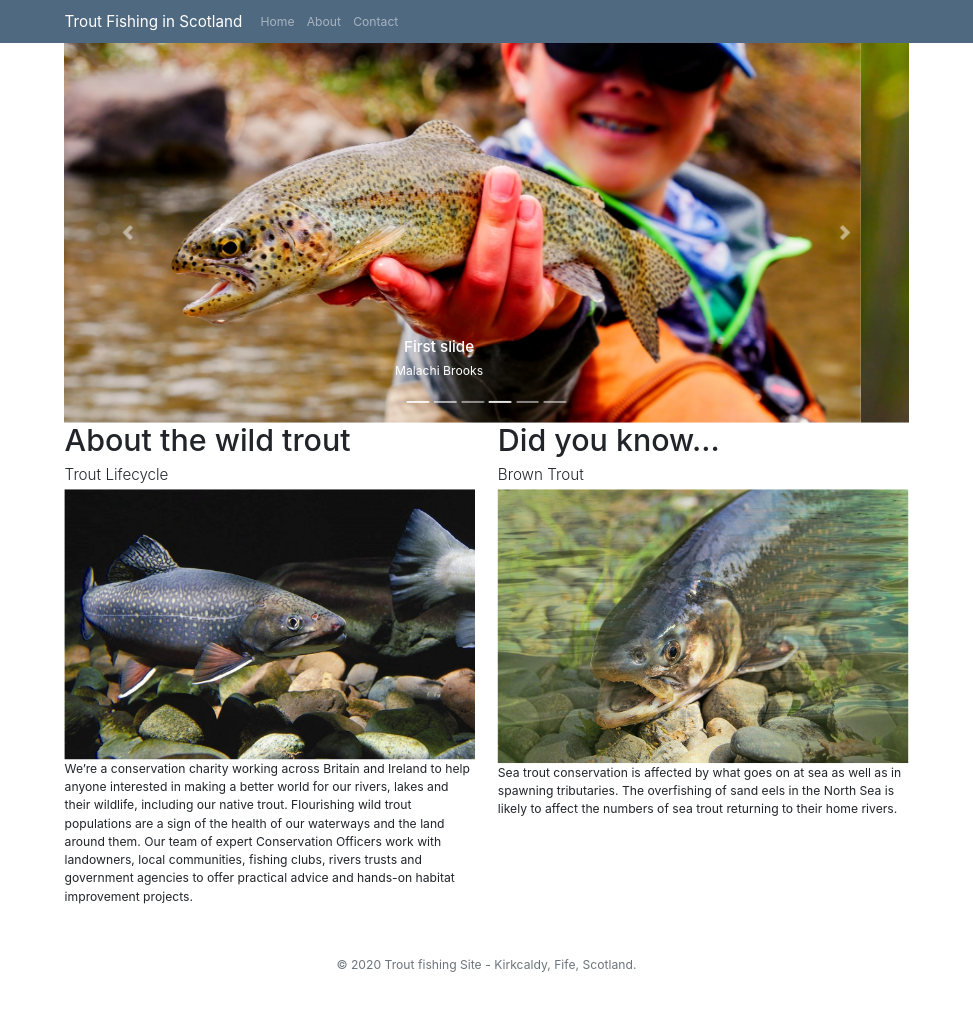
Repository: adrian9211/College_project
Page: about.html
An editor plug-in stored every save of this project. The page is shown before and after the next save, followed by the edit.
The browser window is 1280 px wide. The pictures show the whole page, at 76% of full size.

Above is the page before, as saved 2020-11-04 10:21:30.

After the next save:
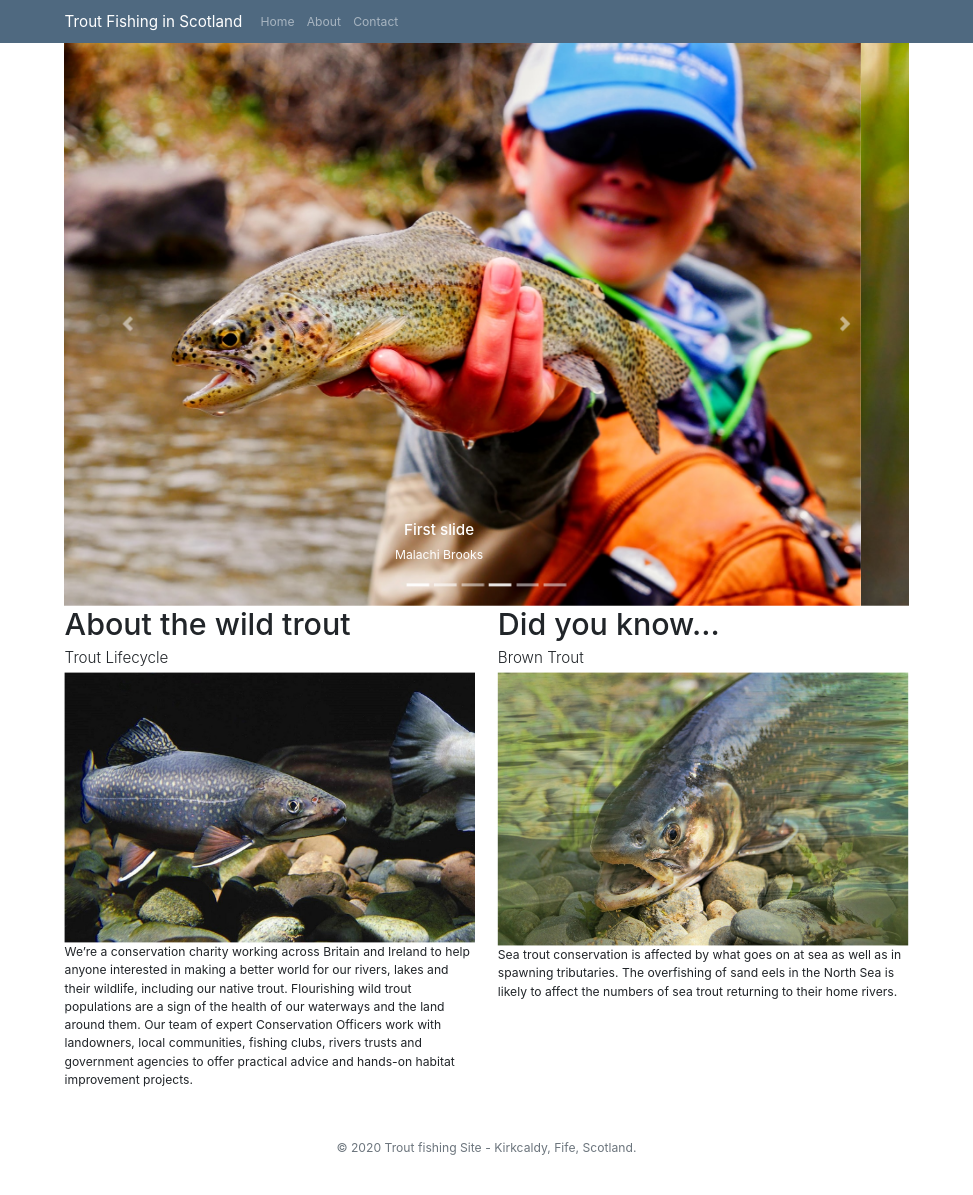
Saved 3 min 44 s later.
--- a/css/style.css
+++ b/css/style.css
@@ -29,7 +29,3 @@ footer {
     background-image: cover;
 
 }
-.carousel img{
-    object-fit:cover;
-    height: 500px;
-}

After the save that followed:
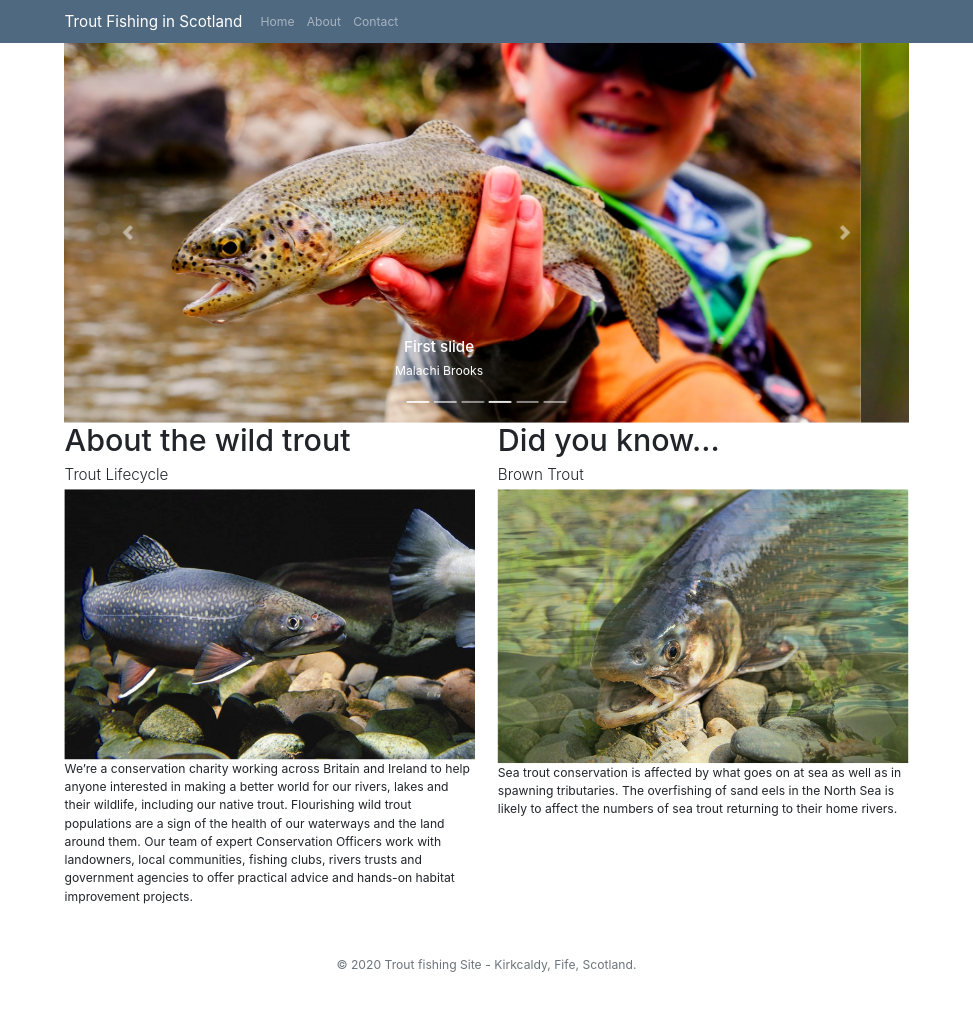
Saved 28 s later.
--- a/css/style.css
+++ b/css/style.css
@@ -29,3 +29,8 @@ footer {
     background-image: cover;
 
 }
+
+.carousel img{
+    object-fit:cover;
+    height: 500px;
+}
